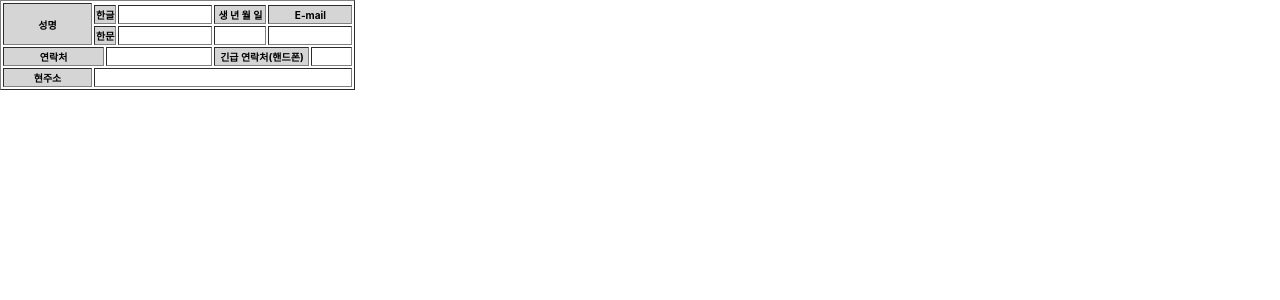
Repository: jiyeonyun/Resume
Page: / (app in resumes/)
The author's editor kept a copy of each file at every save. The page is drawn from the files as they stood at one save, then again after the next save.
The browser window is 1280 px wide. The pictures show the whole page.
The project was rebuilt for these pictures with package versions that can differ from the ones it lists, and the page was loaded fresh each time. Also part of the build but not shown: resumes/src/data/edudata.js, resumes/src/components/educationalHIstory/educational.jsx, resumes/src/components/footer/footer.jsx.

Above is the page before, as saved 2022-05-25 15:28:45.

After the next save:
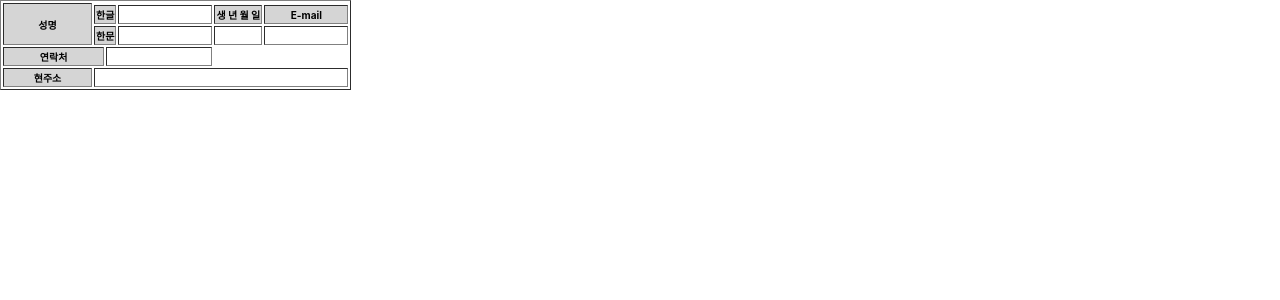
Saved 9 s later.
--- a/resumes/src/components/personalInfo/personalInfo.jsx
+++ b/resumes/src/components/personalInfo/personalInfo.jsx
@@ -32,10 +32,6 @@ const PersonalInfo = ({ personalInfoData }) => {
           연락처
         </th>
         <td colSpan="2"></td>
-        <th colSpan="2" width="50" bgcolor="D5D5D5">
-          긴급 연락처(핸드폰)
-        </th>
-        <td colSpan="2"></td>
       </tr>
       <tr>
         <th bgcolor="D5D5D5">현주소</th>
